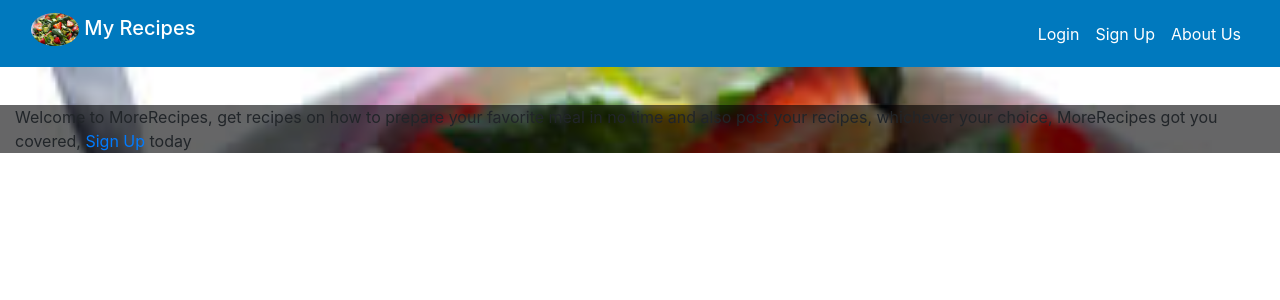
Repository: UggoPrince/more-recipes
Page: html/index.html
An editor plug-in stored every save of this project. The page is shown before and after the next save, followed by the edit.
The browser window is 1280 px wide. The pictures show the whole page.

Above is the page before, as saved 2018-07-30 06:41:55.

After the next save:
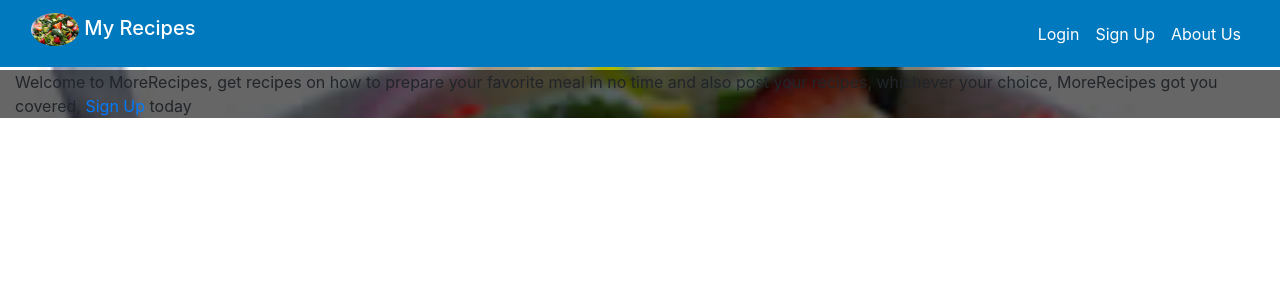
Saved 16 s later.
--- a/html/index.html
+++ b/html/index.html
@@ -14,7 +14,7 @@
       background-image: url(../img/nav-image.jpg);
       background-size: 100vw;
       background-repeat: no-repeat;
-      padding-top: 3%;
+      padding-top: 3px;
     }
     nav {
       background-color: #0079be;
